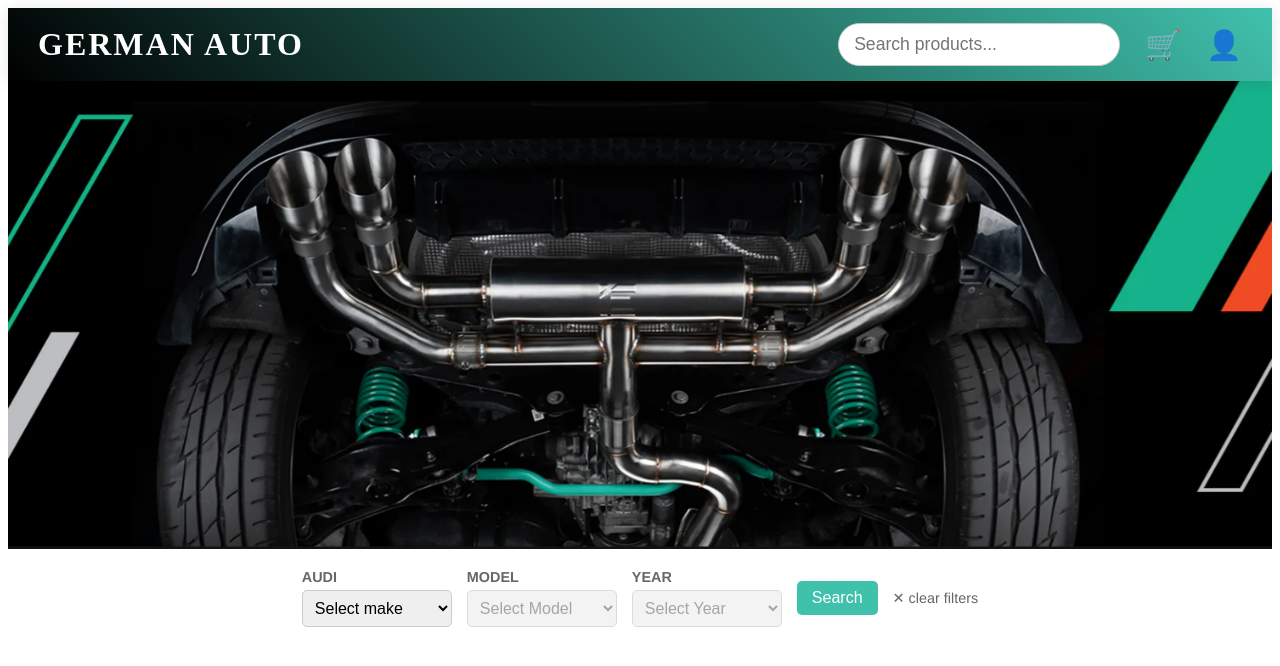
Repository: KalebMalone/The-parts-connection
Page: / (app in client/)
The author's editor kept a copy of each file at every save. The page is drawn from the files as they stood at one save, then again after the next save.
The browser window is 1280 px wide. The pictures show the whole page.
The project was rebuilt for these pictures with package versions that can differ from the ones it lists, and the page was loaded fresh each time. Also part of the build but not shown: client/src/components/category/CategoriesList.jsx, client/src/components/category/CategoryDetails.jsx, client/src/components/category/CategoryProducts.jsx, client/src/components/products/ProductsCard.jsx, client/src/components/products/ProductsContainer.jsx, client/src/components/products/ProductsList.jsx, client/src/components/products/ProductsDetails.jsx, client/src/components/users/profile.jsx and 2 more.

Above is the page before, as saved 2025-01-02 15:28:56.

### client/src/routes/index.js
import { createBrowserRouter } from 'react-router-dom';
import Home from '../components/pages/Home';
import CategoriesList from '../components/category/CategoriesList';
import CategoryDetails from '../components/category/CategoryDetails';
import CategoryProducts from '../components/category/CategoryProducts';
import ProductsList from '../components/products/ProductsList';
import ProductDetails from '../components/products/ProductsDetails';
import App from '../App';
import Profile from '../components/users/profile';
import Registration from '../components/auth/Registration';
import Cart from '../components/cart/Cart';

export const router = createBrowserRouter([
    {
        path: "/",
        element: <App />,
        children: [
            {
                index: true,
                element: <Home />,
            },
            {
                path: "categories",
                element: <CategoriesList />,
            },
            {
                path: "categories/:categoryId",
                element: <CategoryDetails />,
            },
            {
                path: "categories/:categoryId/products",
                element: <CategoryProducts />,
            },
            {
                path: "search",
                element: <ProductsList />,
            },
            {
                path: "products/:productId",
                element: <ProductDetails />,
            },
            {
                path: "profile",
                element: <Profile />,
            },
            {
                path: "signup",
                element: <Registration />,
            },
            {
                path: "cart",
                element: <Cart />,
            },
        ],
    },
]);

### client/src/components/pages/Home.js
import React from 'react';
import { useFormik } from 'formik';
import * as Yup from 'yup';
import styled from 'styled-components';

const Container = styled.div`
  font-family: 'Helvetica Neue', Arial, sans-serif;
  background-color: #f4f4f4;
  margin: 0;
`;

const HeroSection = styled.section`
  background-image: url('/image/Main.png');
  background-size: cover;
  background-position: center;
  height: 65vh; /* Adjusted to make form appear higher */
  display: flex;
  justify-content: center;
  align-items: center;
  color: white;
  text-align: center;
  padding: 0 20px;
`;

const HeroTitle = styled.h1`
  font-size: 3rem;
  font-weight: bold;
  text-transform: uppercase;
  margin-bottom: 15px;
  text-shadow: 2px 2px 8px rgba(0, 0, 0, 0.7);
`;

const FilterSection = styled.section`
  display: flex;
  justify-content: center;
  padding: 20px;
  background-color: #fff;
`;

const FilterForm = styled.form`
  display: flex;
  align-items: center;
  gap: 15px;
`;

const FilterGroup = styled.div`
  display: flex;
  flex-direction: column;
  align-items: flex-start;
`;

const Label = styled.label`
  font-size: 0.9rem;
  font-weight: bold;
  margin-bottom: 5px;
  color: #666;
`;

const Select = styled.select`
  padding: 8px;
  font-size: 1rem;
  border: 1px solid #ccc;
  border-radius: 5px;
  min-width: 150px;

  &:focus {
    outline: none;
    border-color: #007BFF;
  }
`;

const Button = styled.button`
  background-color:rgb(64, 193, 172);
  color: white;
  font-size: 1rem;
  padding: 8px 15px;
  border: none;
  border-radius: 5px;
  cursor: pointer;

  &:hover {
    background-color: #36a994;
  }
`;

const ClearLink = styled.span`
  color: #666;
  font-size: 0.9rem;
  cursor: pointer;

  &:hover {
    color: #333;
  }
`;

const ErrorMessage = styled.div`
  color: red;
  font-size: 0.8rem;
`;

const Home = () => {
    const carData = [
        { name: 'A3', brand: 'AUDI', year: 2022 },
        { name: 'A4', brand: 'AUDI', year: 2021 },
        { name: 'A5', brand: 'AUDI', year: 2020 },
        { name: 'Q7', brand: 'AUDI', year: 2023 },
        { name: 'Q5', brand: 'AUDI', year: 2021 },
        { name: 'RS7', brand: 'AUDI', year: 2022 },
    ];

    const brands = [...new Set(carData.map((car) => car.brand))];

    const formik = useFormik({
        initialValues: {
            year: '',
            brand: '',
            model: '',
        },
        validationSchema: Yup.object({
            year: Yup.string().required('Year is required'),
            brand: Yup.string().required('Brand is required'),
            model: Yup.string().required('Model is required'),
        }),
        onSubmit: (values) => {
            window.location.href = `/categories?year=${values.year}&brand=${values.brand}&model=${values.model}`;
        },
    });

    const models = carData
        .filter(
            (car) =>
                car.brand === formik.values.brand
        )
        .map((car) => car.name);

    const filteredYears = carData
        .filter(
            (car) =>
                car.brand === formik.values.brand &&
                car.name === formik.values.model
        )
        .map((car) => car.year);

    return (
        <Container>
            <HeroSection>
                <div>
                    <HeroTitle></HeroTitle>
                </div>
            </HeroSection>

            <FilterSection>
                <FilterForm onSubmit={formik.handleSubmit}>
                    {/* Audi (Brand) */}
                    <FilterGroup>
                        <Label htmlFor="brand">AUDI</Label>
                        <Select
                            id="brand"
                            name="brand"
                            value={formik.values.brand}
                            onChange={formik.handleChange}
                            onBlur={formik.handleBlur}
                        >
                            <option value="">Select make</option>
                            {brands.map((brand) => (
                                <option key={brand} value={brand}>
                                    {brand}
                                </option>
                            ))}
                        </Select>
                        {formik.touched.brand && formik.errors.brand && (
                            <ErrorMessage>{formik.errors.brand}</ErrorMessage>
                        )}
                    </FilterGroup>

                    {/* Model */}
                    <FilterGroup>
                        <Label htmlFor="model">MODEL</Label>
                        <Select
                            id="model"
                            name="model"
                            value={formik.values.model}
                            onChange={formik.handleChange}
                            onBlur={formik.handleBlur}
                            disabled={!formik.values.brand}
                        >
                            <option value="">Select Model</option>
                            {models.map((model) => (
                                <option key={model} value={model}>
                                    {model}
                                </option>
                            ))}
                        </Select>
                        {formik.touched.model && formik.errors.model && (
                            <ErrorMessage>{formik.errors.model}</ErrorMessage>
                        )}
                    </FilterGroup>

                    {/* Year */}
                    <FilterGroup>
                        <Label htmlFor="year">YEAR</Label>
                        <Select
                            id="year"
                            name="year"
                            value={formik.values.year}
                            onChange={formik.handleChange}
                            onBlur={formik.handleBlur}
                            disabled={!formik.values.model}
                        >
                            <option value="">Select Year</option>
                            {filteredYears.map((year) => (
                                <option key={year} value={year}>
                                    {year}
                                </option>
                            ))}
                        </Select>
                        {formik.touched.year && formik.errors.year && (
                            <ErrorMessage>{formik.errors.year}</ErrorMessage>
                        )}
                    </FilterGroup>

                    <Button type="submit">Search</Button>

                    <ClearLink onClick={() => formik.resetForm()}>✕ clear filters</ClearLink>
                </FilterForm>
            </FilterSection>
        </Container>
    );
};

export default Home;

### client/src/App.js
import React, { useState, useEffect } from 'react';
import { CartProvider } from './contexts/CartContext';
import Header from './components/navigation/Header';
import { Toaster } from 'react-hot-toast';
import { Outlet } from 'react-router-dom';

function App() {
  const [currentUser, setCurrentUser] = useState(null);


  useEffect(() => {
    const savedUser = localStorage.getItem('currentUser');
    if (savedUser) {
      setCurrentUser(JSON.parse(savedUser));
    }
  }, []);

  const updateUser = (value) => {
    setCurrentUser(value);
    if (value) {
      localStorage.setItem('currentUser', JSON.stringify(value));
    } else {
      localStorage.removeItem('currentUser');
    }
  };

  return (
    <CartProvider>
      <Header currentUser={currentUser} updateUser={updateUser} />
      <Toaster />
      <Outlet context={{ currentUser, updateUser }} />
    </CartProvider>
  );
}

export default App;

### client/src/contexts/CartContext.js
import React, { createContext, useState, useEffect, useContext } from 'react';

const CartContext = createContext();

export const useCart = () => {
    return useContext(CartContext);
};

export const CartProvider = ({ children }) => {
    const [cartItems, setCartItems] = useState([]);
    const [totalPrice, setTotalPrice] = useState(0);

    useEffect(() => {
        const savedCart = localStorage.getItem('cartItems');
        if (savedCart) {
            setCartItems(JSON.parse(savedCart));
        }
    }, []);

    useEffect(() => {
        const calculatedTotalPrice = cartItems.reduce(
            (acc, item) => acc + item.price * item.quantity,
            0
        );
        setTotalPrice(calculatedTotalPrice);

        if (cartItems.length > 0) {
            localStorage.setItem('cartItems', JSON.stringify(cartItems));
        }
    }, [cartItems]);

    const addToCart = (item) => {
        setCartItems((prevCart) => {
            const existingItem = prevCart.find((i) => i.id === item.id);
            if (existingItem) {
                return prevCart.map((i) =>
                    i.id === item.id ? { ...i, quantity: i.quantity + 1 } : i
                );
            } else {
                return [...prevCart, { ...item, quantity: 1 }];
            }
        });
    };

    const removeFromCart = (itemId) => {
        setCartItems((prevCart) => prevCart.filter((item) => item.id !== itemId));
    };

    const clearCart = () => {
        setCartItems([]);
        localStorage.removeItem('cartItems');
    };

    return (
        <CartContext.Provider value={{ cartItems, addToCart, removeFromCart, clearCart, totalPrice }}>
            {children}
        </CartContext.Provider>
    );
};

### client/src/components/navigation/Header.js
import React, { useState } from 'react';
import { Link, useNavigate } from 'react-router-dom';
import styled from 'styled-components';

const Navbar = styled.nav`
  position: sticky; /* Make the navbar sticky */
  top: 0; /* Stick it to the top of the page */
  display: flex;
  justify-content: space-between;
  align-items: center;
  padding: 15px 30px;
  background: linear-gradient(45deg, rgb(0, 0, 0), rgb(64, 193, 172)); /* Gradient background */
  color: white;
  z-index: 1000; /* Ensure the navbar stays on top of other content */
  box-shadow: 0 2px 15px rgba(0, 0, 0, 0.1); /* Add a bolder shadow */
  transition: background 0.3s ease-in-out; /* Smooth transition for background */
`;

const Logo = styled(Link)`
  font-size: 2rem;
  font-weight: bold;
  color: white;
  text-decoration: none;
  letter-spacing: 2px;
  text-transform: uppercase;

  &:hover {
    color: rgb(64, 193, 172); /* Change color on hover */
    transform: scale(1.1); /* Slight zoom effect */
    transition: transform 0.3s ease, color 0.3s ease;
  }
`;

const NavLinks = styled.div`
  display: flex;
  align-items: center;
  gap: 25px;
`;

const Icon = styled(Link)`
  font-size: 1.8rem;
  cursor: pointer;
  transition: transform 0.3s ease, color 0.3s ease;
  text-decoration: none;
  color: white;

  &:hover {
    color: #ffeb3b; /* Icon color change on hover */
    transform: scale(1.2); /* Slight zoom effect */
  }
`;

const SearchBar = styled.input`
  padding: 10px 15px;
  font-size: 1.1rem;
  border-radius: 50px;
  border: 1px solid #ccc;
  width: 250px;
  transition: border-color 0.3s ease, box-shadow 0.3s ease;
  outline: none;

  &:focus {
    border-color: #ffeb3b; /* Focus border color */
    box-shadow: 0 0 5px rgba(255, 235, 59, 0.7); /* Glow effect on focus */
  }
`;

const LogoutButton = styled.button`
  padding: 8px 15px; /* Reduced padding */
  font-size: 1rem; /* Slightly smaller font size */
  background-color: #e74c3c;
  color: white;
  border: none;
  border-radius: 50px;
  cursor: pointer;
  transition: background-color 0.3s ease, transform 0.3s ease;
  text-transform: uppercase;

  &:hover {
    background-color: #c0392b;
    transform: scale(1.05);
  }

  &:focus {
    outline: none;
  }
`;

const Header = ({ currentUser, updateUser }) => {
  const [searchQuery, setSearchQuery] = useState('');
  const navigate = useNavigate();

  const handleSearchChange = (e) => {
    setSearchQuery(e.target.value);
  };

  const handleLogout = () => {
    localStorage.removeItem('currentUser');
    updateUser(null);
    navigate('/');
  };

  const handleProfileClick = () => {
    if (currentUser) {
      navigate('/profile');
    } else {
      navigate('/signup');
    }
  };

  return (
    <Navbar>
      <Logo to="/">German Auto</Logo>
      <NavLinks>
        <SearchBar
          type="text"
          placeholder="Search products..."
          value={searchQuery}
          onChange={handleSearchChange}
        />
        <Icon to="/cart">🛒</Icon>
        <Icon as="div" onClick={handleProfileClick}>👤</Icon>
        {currentUser && <LogoutButton onClick={handleLogout}>Logout</LogoutButton>}
      </NavLinks>
    </Navbar>
  );
};


export default Header;

Loaded but not shown: client/public/index.html (common file); client/src/index.js (common file)

After the next save:
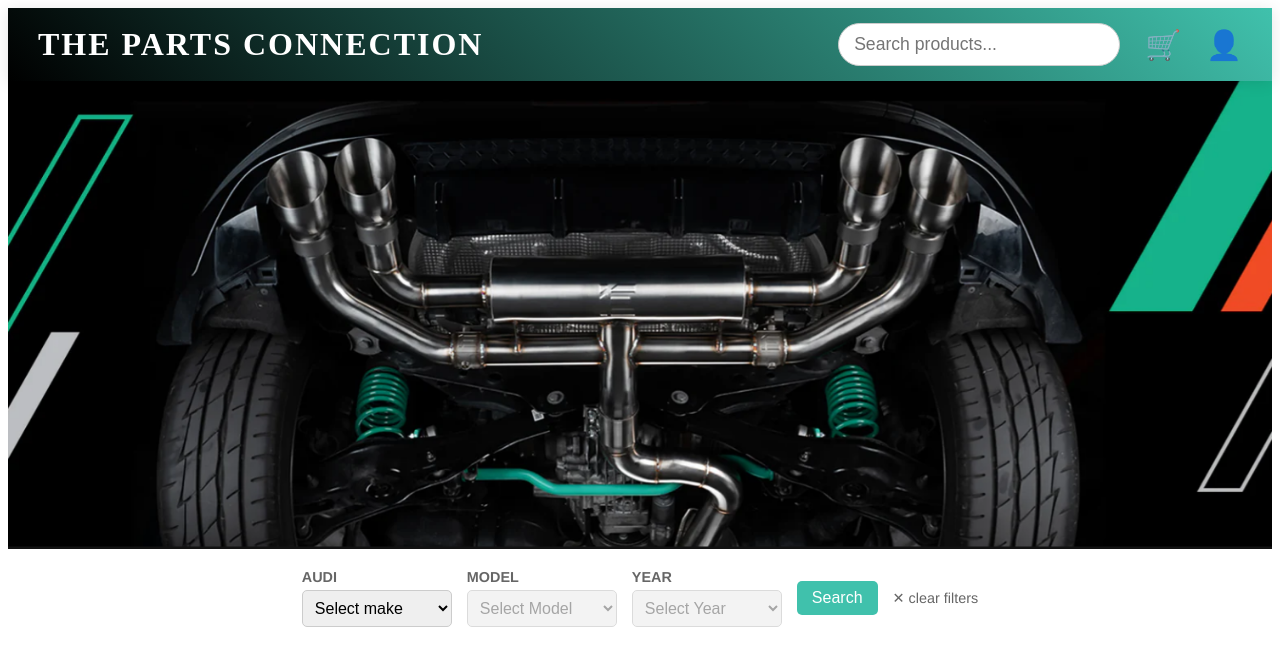
Saved 101 s later.
--- a/client/src/components/navigation/Header.js
+++ b/client/src/components/navigation/Header.js
@@ -110,7 +110,7 @@ const Header = ({ currentUser, updateUser }) => {
 
   return (
     <Navbar>
-      <Logo to="/">German Auto</Logo>
+      <Logo to="/">The Parts Connection</Logo>
       <NavLinks>
         <SearchBar
           type="text"
